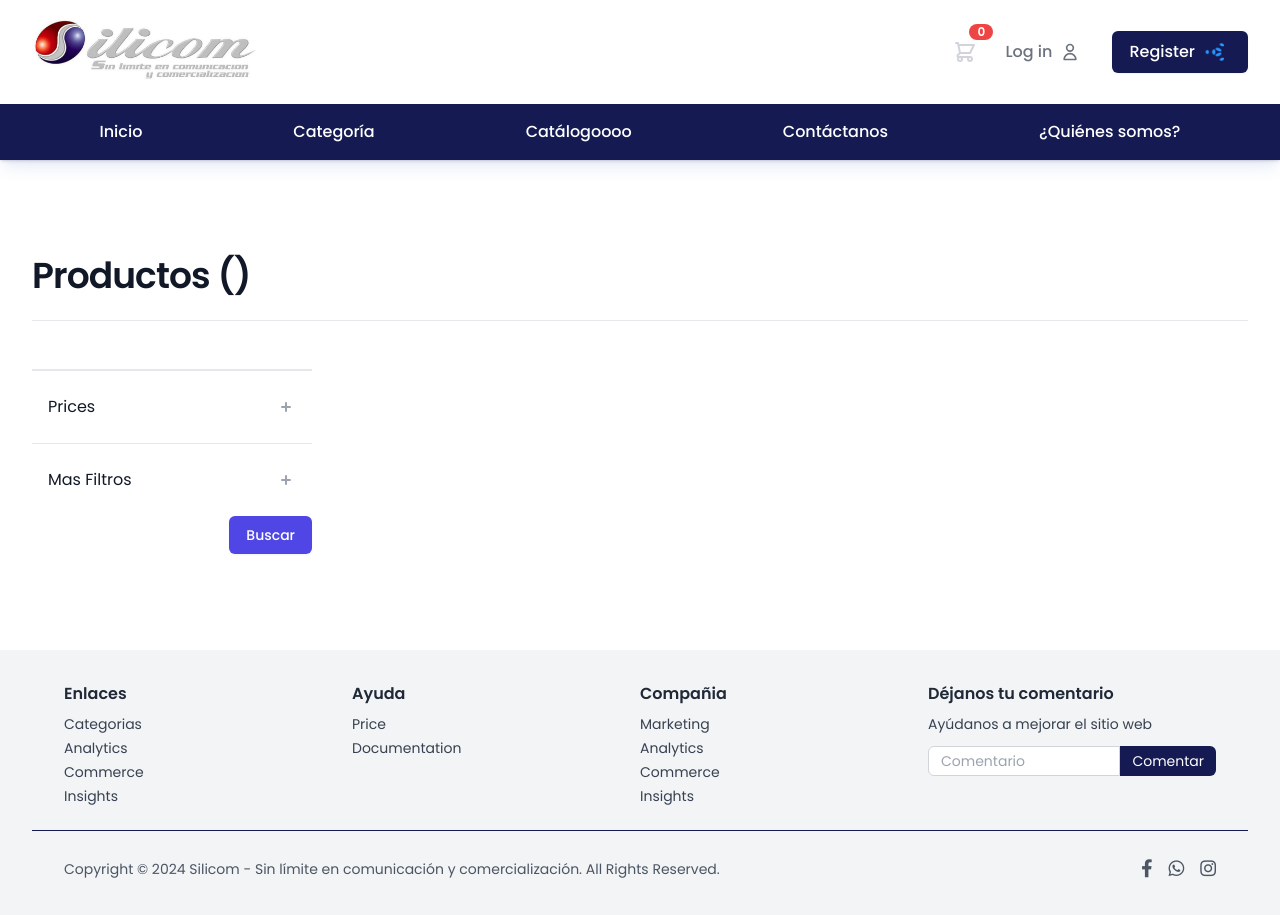
Repository: Francovg18/ecommerce
Page: /search
These files come from the project's save history. The page is drawn as it stood at one moment and after the next save; the edit follows.
The browser window is 1280 px wide. The pictures show the whole page.
The page's requests for data from a server got no answer. The project was rebuilt for these pictures with package versions that can differ from the ones it lists, and the page was loaded fresh each time. No one was signed in, and anything a server would have sent is missing. Also part of the build but not shown: src/redux/actions/cart.js, src/redux/actions/profile.js, src/componentes/navegacion/SearchBox.js, src/hocs/Layout.js, src/componentes/home/Banner.js, src/componentes/home/ProductsArrival.js, src/componentes/home/ProductsSold.js, src/contenedores/Home.jsx and 33 more.

Above is the page before, as saved 2025-01-17 23:56:03.

### public/index.html
<!DOCTYPE html>
<html lang="en">
  <head>
    <meta charset="utf-8" />
    <link rel="icon" href="%PUBLIC_URL%/favicon.ico" />
    <meta name="viewport" content="width=device-width, initial-scale=1" />
    <meta name="theme-color" content="#000000" />
    <meta name="description" content="Web site created using create-react-app" />
    <link rel="apple-touch-icon" href="%PUBLIC_URL%/logo192.png" />
    <link href="https://fonts.googleapis.com/css2?family=Poppins:wght@400;500;600&display=swap" rel="stylesheet">
    <link
  rel="stylesheet"
  href="https://cdnjs.cloudflare.com/ajax/libs/font-awesome/6.0.0-beta3/css/all.min.css"
/>

    <!--
      manifest.json provides metadata used when your web app is installed on a
      user's mobile device or desktop. See https://developers.google.com/web/fundamentals/web-app-manifest/
    -->
    <link rel="manifest" href="%PUBLIC_URL%/manifest.json" />
    <!--
      Notice the use of %PUBLIC_URL% in the tags above.
      It will be replaced with the URL of the `public` folder during the build.
      Only files inside the `public` folder can be referenced from the HTML.

      Unlike "/favicon.ico" or "favicon.ico", "%PUBLIC_URL%/favicon.ico" will
      work correctly both with client-side routing and a non-root public URL.
      Learn how to configure a non-root public URL by running `npm run build`.
    -->
    <title>React App</title>
  </head>
  <body>
    <noscript>You need to enable JavaScript to run this app.</noscript>
    <div id="root"></div>
    <!--
      This HTML file is a template.
      If you open it directly in the browser, you will see an empty page.

      You can add webfonts, meta tags, or analytics to this file.
      The build step will place the bundled scripts into the <body> tag.

      To begin the development, run `npm start` or `yarn start`.
      To create a production bundle, use `npm run build` or `yarn build`.
    -->
  </body>
</html>

### src/componentes/navegacion/Navbar.js
import { Fragment, useEffect, useState } from 'react'
import { Menu, Popover, Transition } from '@headlessui/react'
import logoGif from '../../assets/img/gif4.webp'
import logo from '../../assets/img/logoP.jpg'
import { Link, Navigate, NavLink } from 'react-router-dom'
import Alert from '../../componentes/alert'
import logoMini from '../../assets/img/logoMini.jpg'
import { MenuIcon, XIcon, ShoppingCartIcon, UserIcon } from '@heroicons/react/outline'
import { connect } from 'react-redux'
import { logout } from '../../redux/actions/auth'
import { get_categories } from '../../redux/actions/categories'
import { get_search_products } from '../../redux/actions/products'
import SearchBox from './SearchBox'

function classNames(...classes) {
  return classes.filter(Boolean).join(' ')
}

function Navbar({
  isAuthenticated,
  user,
  logout,
  get_categories,
  categories,
  get_search_products,
  total_items
}) {

  const [redirect, setRedirect] = useState(false);
  const [render, setRender] = useState(false);
  const [formData, setFormData] = useState({
    category_id: 0,
    search: ''
  });
  const { category_id, search } = formData;
  useEffect(()=>{
    get_categories()
  }, [])

  const onChange = e => setFormData({ ...formData, [e.target.name]: e.target.value });
  const onSubmit = e => {
    e.preventDefault();
    get_search_products(search, category_id);
    setRender(!render);
  }

  if(render){
    return <Navigate to='/search' />
  }

  const logoutHandler = () => {
    logout()
    setRedirect(true);
  }

  if(redirect){
    window.location.reload(false);
    return <Navigate to='/' />
  }

  const authLinks = (
    <Menu as="div" className="relative inline-block text-left">
      <div>
        <Menu.Button className="inline-flex justify-center w-full rounded-full  text-sm font-medium text-gray-700 focus:outline-none focus:ring-2 focus:ring-offset-2 focus:ring-offset-gray-100 focus:ring-indigo-500 ml-3">
          <span className="inline-block h-10 w-10 rounded-full overflow-hidden bg-gray-100">
            <svg className="h-full w-full text-gray-300" fill="currentColor" viewBox="0 0 24 24">
              <path d="M24 20.993V24H0v-2.996A14.977 14.977 0 0112.004 15c4.904 0 9.26 2.354 11.996 5.993zM16.002 8.999a4 4 0 11-8 0 4 4 0 018 0z" />
            </svg>
          </span>
        </Menu.Button>
      </div>

      <Transition
        as={Fragment}
        enter="transition ease-out duration-100"
        enterFrom="transform opacity-0 scale-95"
        enterTo="transform opacity-100 scale-100"
        leave="transition ease-in duration-75"
        leaveFrom="transform opacity-100 scale-100"
        leaveTo="transform opacity-0 scale-95"
      >
        <Menu.Items className="origin-top-right absolute right-0 mt-2 w-56 rounded-md shadow-lg bg-white ring-1 ring-black ring-opacity-5 focus:outline-none">
          <div className="py-1">
            <Menu.Item>
              {({ active }) => (
                <Link
                  to="/dashboard"
                  className={classNames(
                    active ? 'bg-gray-100 text-gray-900' : 'text-gray-700',
                    'block px-4 py-2 text-sm'
                  )}
                >
                  Info
                </Link>
              )}
            </Menu.Item>


            <form method="POST" action="#">
              <Menu.Item>
                {({ active }) => (
                  <button
                    onClick={logoutHandler}
                    className={classNames(
                      active ? 'bg-gray-100 text-gray-900' : 'text-gray-700',
                      'block w-full text-left px-4 py-2 text-sm'
                    )}
                  >
                    Salir
                  </button>
                )}
              </Menu.Item>
            </form>
          </div>
        </Menu.Items>
      </Transition>
    </Menu>
  )
  const guestLinks = (
    <Fragment>
    <div className="hidden md:flex items-center md:ml-7">
    <Link to="/login" className="text-base font-medium text-gray-500 hover:text-gray-900 flex items-center">
      Log in
      <UserIcon className="h-5 w-5 ml-2" aria-hidden="true" />
    </Link>
      <Link
        to="/signup"
        className="ml-8 inline-flex items-center justify-center px-4 py-2 border border-transparent rounded-md shadow-sm text-base font-medium text-white bg-midnight-blue hover:bg-purple-night"
      >
        Register
        <img
          src={logoGif}
          alt="Cargando"
          className="w-7 h-6 mt-0.3 ml-2"
        />
      </Link>
    </div>

    </Fragment>
  )
  return (
    <>
    <Popover className="relative bg-white ">
      <div className="absolute inset-0 shadow z-30 pointer-events-none " aria-hidden="true" />
      <div className="relative z-20">
        <div className="max-w-7xl mx-auto flex justify-between items-center px-4 py-5 sm:px-6 sm:py-3 lg:px-8 md:justify-start md:space-x-10">
          <div>
          <Link to="/" className="flex">
            <img
              className="h-auto w-32 sm:w-40 md:w-48 lg:w-56"
              src={logo}
              alt="Logo"
            />
          </Link>

          </div>
          {/* Contenedor para pantallas pequeñas */}
          <div className="-mr-2 -my-2 md:hidden">
          <div className="">
            {window.location.pathname === '/search' ? null : (
              <SearchBox
                search={search}
                onChange={onChange}
                onSubmit={onSubmit}
                categories={categories}
              />
            )}
          </div>
          <Link to='/cart' className="bg-white rounded-md p-2 inline-flex items-center justify-center text-gray-400 hover:text-gray-500 hover:bg-gray-100 focus:outline-none focus:ring-2 focus:ring-inset focus:ring-indigo-500">
              <span className="sr-only">Open menu</span>
              <ShoppingCartIcon className="h-6 w-6" aria-hidden="true" />
          </Link>

            <Popover.Button className="bg-white rounded-md p-2 inline-flex items-center justify-center text-gray-400 hover:text-gray-500 hover:bg-gray-100 focus:outline-none focus:ring-2 focus:ring-inset focus:ring-indigo-500">
              <span className="sr-only">Open menu</span>
              <MenuIcon className="h-6 w-6" aria-hidden="true" />
            </Popover.Button>
          </div>
    {/* Contenedor para pantallas medianas o grandes */}
    <div className="hidden md:flex-1 md:flex md:items-center md:justify-between">
      <Popover.Group as="nav" className="flex space-x-10">
        {window.location.pathname === '/search' ? null : (
          <div className="flex flex-1 justify-center">
            <SearchBox
              search={search}
              onChange={onChange}
              onSubmit={onSubmit}
              categories={categories}
            />
          </div>
        )}
      </Popover.Group>
      <div className="flex items-center md:ml-12">
        <div className="flex items-center md:ml-12">
          <Link to="/cart">
              <ShoppingCartIcon className="h-6 w-6 cursor-pointer text-gray-300 "/>
              <span className="text-xs absolute top-3 mt-3 ml-4 bg-red-500 text-white font-semibold rounded-full px-2 text-center">{total_items}</span>
          </Link>
        </div>
        {isAuthenticated ? authLinks:guestLinks}
      </div>
    </div>

        </div>
        <div className="hidden md:flex bg-midnight-blue text-white py-4 px-6 justify-around items-center shadow-lg shadow-blue-800/10">
          <NavLink
            to="/"
            className="text-base font-medium hover:text-gray-300 transition-colors duration-300"
          >
            Inicio
          </NavLink>

          <NavLink
            to="/"
            className="text-base font-medium hover:text-gray-300 transition-colors duration-300"
          >
            Categoría
          </NavLink>

          <NavLink
            to="/shop"
            className="text-base font-medium hover:text-gray-300 transition-colors duration-300"
          >
            Catálogoooo
          </NavLink>

          <NavLink
            to="/contactus"
            className="text-base font-medium hover:text-gray-300 transition-colors duration-300"
          >
            Contáctanos
          </NavLink>

          <NavLink
            to="/"
            className="text-base font-medium hover:text-gray-300 transition-colors duration-300"
          >
            ¿Quiénes somos?
          </NavLink>
        </div>
      </div>

      <Transition
        as={Fragment}
        enter="duration-200 ease-out"
        enterFrom="opacity-0 scale-95"
        enterTo="opacity-100 scale-100"
        leave="duration-100 ease-in"
        leaveFrom="opacity-100 scale-100"
        leaveTo="opacity-0 scale-95"
      >
        <Popover.Panel
          focus
          className="absolute z-30 top-0 inset-x-0 p-2 transition transform origin-top-right md:hidden"
        >
          <div className="rounded-lg shadow-lg ring-1 ring-black ring-opacity-5 bg-midnight-blue text-white divide-y-2 divide-gray-50">
            <div className="pt-5 pb-6 px-5 sm:pb-8">
              <div className="flex items-center justify-between">
                <div>
                  <img className="h-8 w-auto" src={logoMini} alt="Workflow" />
                </div>
                <div className="-mr-2">
                  <Popover.Button className="bg-midnight-blue rounded-md p-2 inline-flex items-center justify-center text-gray-400 hover:text-gray-300 focus:outline-none focus:ring-2 focus:ring-inset focus:ring-purple-night">
                    <span className="sr-only">Cerrar menú</span>
                    <XIcon className="h-6 w-6" aria-hidden="true" />
                  </Popover.Button>
                </div>
              </div>
              <div className="mt-6 sm:mt-8">
                <nav>
                  <div className="grid gap-7 sm:grid-cols-2 sm:gap-y-8 sm:gap-x-4">
                    <NavLink
                      to="/"
                      className="-m-3 flex items-center p-3 rounded-lg hover:bg-midnight-blue"
                    >
                      <div className="ml-4 text-base font-medium text-white">
                        Inicio
                      </div>
                    </NavLink>
                    <NavLink
                      to="/shop"
                      className="-m-3 flex items-center p-3 rounded-lg hover:bg-midnight-blue"
                    >
                      <div className="ml-4 text-base font-medium text-white">
                        Categoria
                      </div>
                    </NavLink>
                    <NavLink
                      to="/shop"
                      className="-m-3 flex items-center p-3 rounded-lg hover:bg-midnight-blue"
                    >
                      <div className="ml-4 text-base font-medium text-white">
                        Catálogo
                      </div>
                    </NavLink>

                    <NavLink
                      to="/"
                      className="-m-3 flex items-center p-3 rounded-lg hover:bg-midnight-blue"
                    >
                      <div className="ml-4 text-base font-medium text-white">
                        Contáctanos
                      </div>
                    </NavLink>

                    <NavLink
                      to="/"
                      className="-m-3 flex items-center p-3 rounded-lg hover:bg-midnight-blue"
                    >
                      <div className="ml-4 text-base font-medium text-white">
                        ¿Quiénes somos?
                      </div>
                    </NavLink>
                  </div>
                </nav>
              </div>
            </div>
            <div className="py-6 px-5 bg-gray-50">
              <div className="grid grid-cols-2 gap-4 bg-gray-50">
                <Link
                  to="/login"
                  className="text-sm font-medium text-midnight-blue hover:text-purple-night hover:underline text-center"
                >
                  Login
                </Link>
                <Link
                  to="/signup"
                  className="text-sm font-medium text-midnight-blue hover:text-purple-night hover:underline text-center"
                >
                  Registrarse
                </Link>
              </div>
            </div>
          </div>
        </Popover.Panel>
      </Transition>
    </Popover>
    <Alert/>
    </>
  )
}
const mapStateToProps = state =>  ({
  isAuthenticated: state.Auth.isAuthenticated,
  user: state.Auth.user,
  categories: state.Categories.categories,
  total_items: state.Cart.total_items
})
export default connect(mapStateToProps, {
  logout,
  get_categories,
  get_search_products
}) (Navbar)

Loaded but not shown: src/style/index.css (common file); src/redux/actions/auth.js (387 lines, source omitted); src/redux/actions/types.js (132 lines, source omitted); src/redux/actions/products.js (256 lines, source omitted); src/redux/reducers/cart.js (158 lines, source omitted); src/redux/reducers/products.js (118 lines, source omitted); src/componentes/navegacion/Footer.js (83 lines, source omitted); src/redux/reducers/auth.js (113 lines, source omitted); src/App.js (64 lines, source omitted); src/redux/reducers/payment.js (89 lines, source omitted); src/redux/reducers/reviews.js (90 lines, source omitted); src/redux/reducers/wishlist.js (67 lines, source omitted); tailwind.config.js (49 lines, source omitted); src/componentes/alert.js (40 lines, source omitted); src/redux/reducers/orders.js (41 lines, source omitted); src/redux/reducers/profile.js (37 lines, source omitted); src/redux/actions/categories.js (33 lines, source omitted); src/redux/reducers/index.js (27 lines, source omitted); src/redux/reducers/shipping.js (27 lines, source omitted); src/redux/reducers/categories.js (27 lines, source omitted); src/redux/reducers/coupons.js (28 lines, source omitted); src/redux/reducers/alert.js (27 lines, source omitted); src/store.js (14 lines, source omitted); src/helpers/fixedPrices.js (26 lines, source omitted); src/redux/actions/alert.js (12 lines, source omitted); src/index.js (11 lines, source omitted); src/contenedores/pages/Search.jsx (617 lines, source omitted)

After the next save:
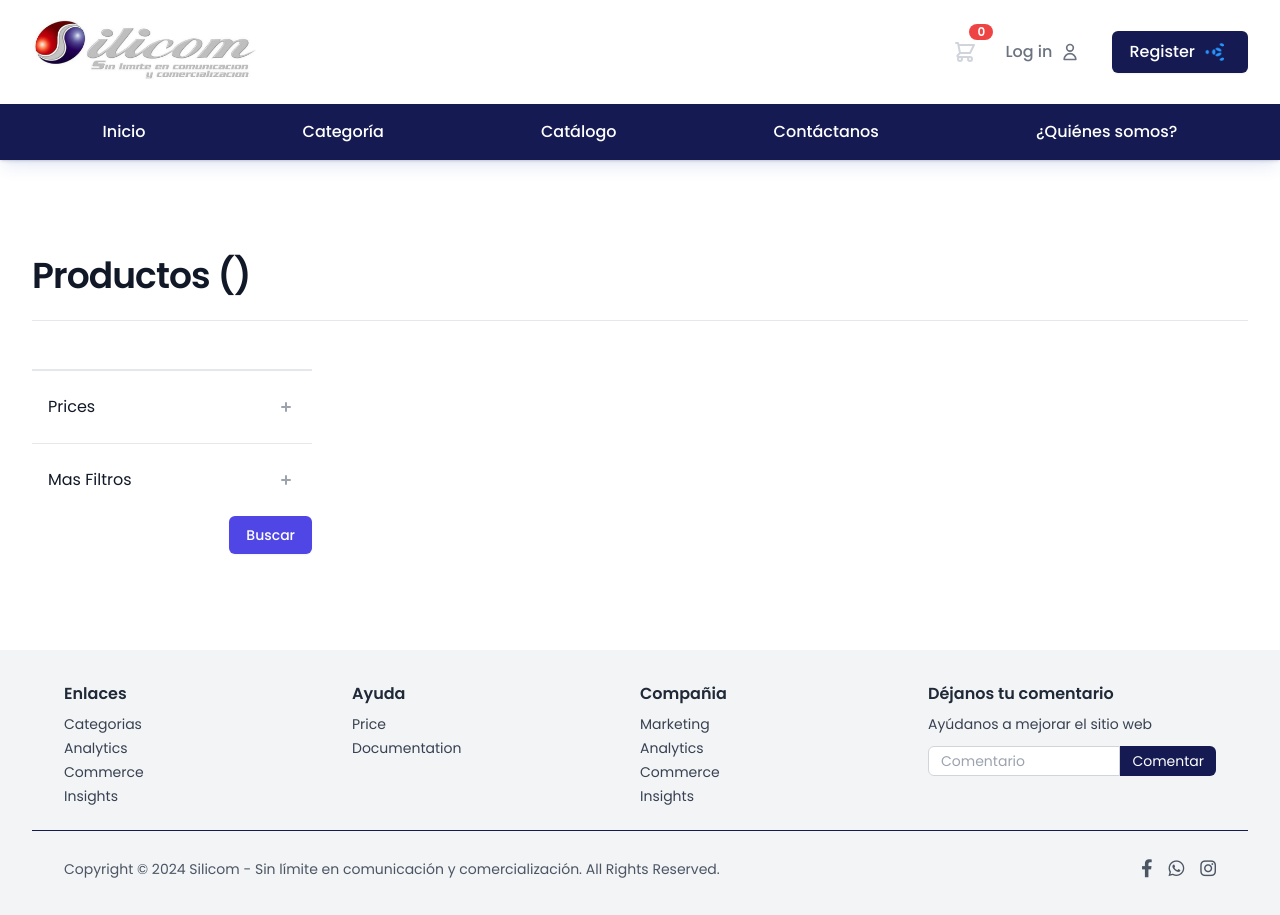
Saved 24 s later.
--- a/src/componentes/navegacion/Navbar.js
+++ b/src/componentes/navegacion/Navbar.js
@@ -219,9 +219,9 @@ function Navbar({
 
           <NavLink
             to="/shop"
-            className="text-base font-medium hover:text-gray-300 transition-colors duration-300"
-          >
-            Catálogoooo
+            className="text-base font-medium hover:text-purple-night transition-colors duration-300"
+          >
+            Catálogo
           </NavLink>
 
           <NavLink
